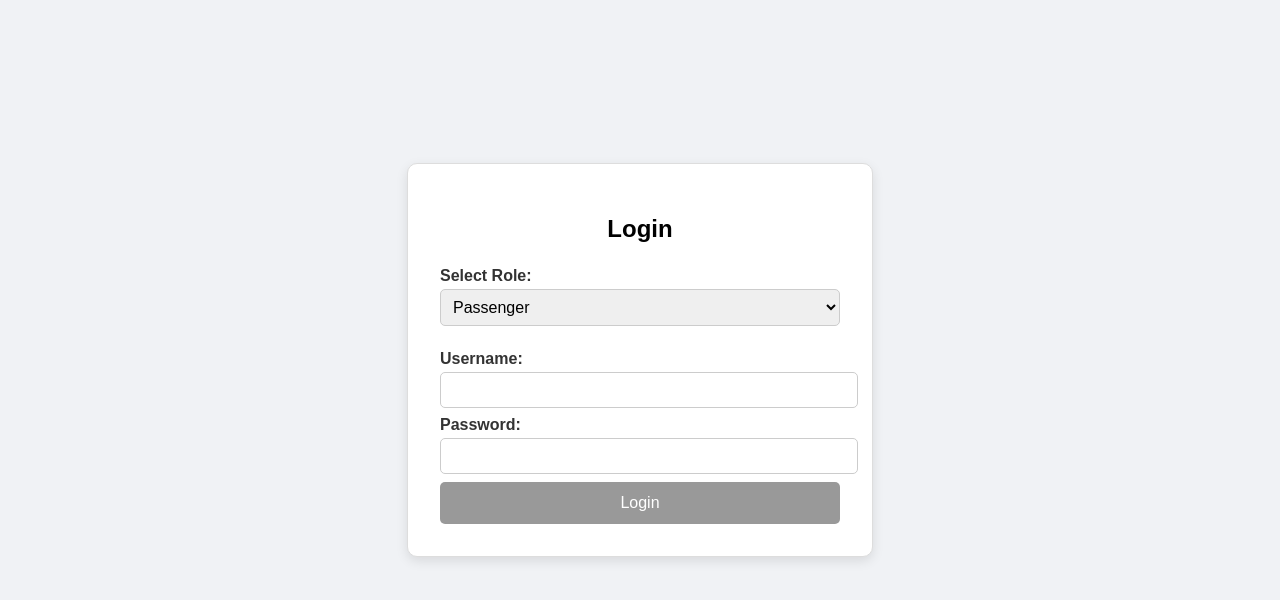
Repository: Shenes35/Booking-system
Page: /passenger (app in frontend/)
These files come from the project's save history. The page is drawn as it stood at one moment and after the next save; the edit follows.
The browser window is 1280 px wide. The pictures show the whole page.
The project was rebuilt for these pictures with package versions that can differ from the ones it lists, and the page was loaded fresh each time. Also part of the build but not shown: frontend/src/components/ErrorBoundary.jsx.

Above is the page before, as saved 2025-05-19 20:03:07.

### frontend/src/index.js
import React from 'react';
import ReactDOM from 'react-dom/client';
import './index.css';
import App from './App.jsx';       // ONLY one import of App
import reportWebVitals from './reportWebVitals';

const root = ReactDOM.createRoot(document.getElementById('root'));
root.render(
  <React.StrictMode>
    <App />
  </React.StrictMode>
);

reportWebVitals();

### frontend/src/App.jsx
// App.jsx
import React, { Suspense } from 'react';
import { BrowserRouter as Router, Routes, Route, Navigate } from 'react-router-dom';

import { AuthProvider, AuthContext } from './context/AuthContext';
import { FlightsProvider } from './context/FlightsContext';

// Lazy load components for code splitting
const LoginPage = React.lazy(() => import('./components/LoginPage'));
const AdminDashboard = React.lazy(() => import('./components/AdminDashboard'));
const PassengerWindow = React.lazy(() => import('./components/PassengerWindow'));
const ErrorBoundary = React.lazy(() => import('./components/ErrorBoundary'));

// ProtectedRoute component for route guarding
const ProtectedRoute = ({ children, allowedRoles }) => {
  const { user } = React.useContext(AuthContext);

  if (!user || !allowedRoles.includes(user.role)) {
    // User not logged in or unauthorized role - redirect to login
    return <Navigate to="/" replace />;
  }

  // Authorized access
  return children;
};

const App = () => {
  return (
    <AuthProvider>
      <FlightsProvider>
        <Router>
          <Suspense fallback={<div>Loading...</div>}>
            <ErrorBoundary>
              <Routes>
                {/* Public Route */}
                <Route path="/" element={<LoginPage />} />

                {/* Protected Admin Route */}
                <Route
                  path="/admin"
                  element={
                    <ProtectedRoute allowedRoles={['admin']}>
                      <AdminDashboard />
                    </ProtectedRoute>
                  }
                />

                {/* Protected Passenger Route */}
                <Route
                  path="/passenger"
                  element={
                    <ProtectedRoute allowedRoles={['passenger']}>
                      <PassengerWindow />
                    </ProtectedRoute>
                  }
                />

                {/* Catch-all redirect */}
                <Route path="*" element={<Navigate to="/" replace />} />
              </Routes>
            </ErrorBoundary>
          </Suspense>
        </Router>
      </FlightsProvider>
    </AuthProvider>
  );
};

export default App;

### frontend/src/context/AuthContext.jsx
// context/AuthContext.jsx
import React, { createContext, useState, useEffect, useMemo } from 'react';

// Create the AuthContext
export const AuthContext = createContext();

export const AuthProvider = ({ children }) => {
  // Initialize user from localStorage or null
  const [user, setUser] = useState(() => {
    try {
      const savedUser = localStorage.getItem('user');
      return savedUser ? JSON.parse(savedUser) : null;
    } catch (error) {
      console.error("Failed to parse user from localStorage:", error);
      return null;
    }
  });

  // Update localStorage whenever user changes (except when user is null, remove item)
  useEffect(() => {
    if (user) {
      localStorage.setItem('user', JSON.stringify(user));
    } else {
      localStorage.removeItem('user');
    }
  }, [user]);

  // Login function sets user info (e.g., role and username)
  const login = (role, username) => {
    setUser({ role, username });
  };

  // Logout clears user info
  const logout = () => {
    setUser(null);
  };

  // Derived state for convenience
  const isAuthenticated = !!user;

  // Memoize the context value to avoid unnecessary re-renders
  const value = useMemo(() => ({
    user,
    isAuthenticated,
    login,
    logout,
  }), [user, isAuthenticated]);

  return (
    <AuthContext.Provider value={value}>
      {children}
    </AuthContext.Provider>
  );
};

### frontend/src/context/FlightsContext.jsx
import React, { createContext, useReducer, useEffect } from "react";

// Initial state loaded from localStorage or empty array if none
const initialState = JSON.parse(localStorage.getItem("flights")) || [];

// Reducer to manage flights state: add, clear, update, delete (example cases)
function flightsReducer(state, action) {
  switch (action.type) {
    case "ADD_FLIGHT":
      return [...state, action.payload];

    case "UPDATE_FLIGHT":
      return state.map(flight =>
        flight.id === action.payload.id ? action.payload : flight
      );

    case "DELETE_FLIGHT":
      return state.filter(flight => flight.id !== action.payload.id);

    case "CLEAR_FLIGHTS":
      return [];

    default:
      return state;
  }
}

// Create FlightsContext
export const FlightsContext = createContext();

// FlightsProvider component to wrap app parts needing flights state
export const FlightsProvider = ({ children }) => {
  const [flights, dispatch] = useReducer(flightsReducer, initialState);

  // Sync flights state to localStorage on every change
  useEffect(() => {
    localStorage.setItem("flights", JSON.stringify(flights));
  }, [flights]);

  return (
    <FlightsContext.Provider value={{ flights, dispatch }}>
      {children}
    </FlightsContext.Provider>
  );
};

### frontend/src/components/LoginPage.jsx
import React, { useState, useContext } from 'react';
import { AuthContext } from '../context/AuthContext';
import { useNavigate } from 'react-router-dom';

const LoginPage = () => {
  const { login } = useContext(AuthContext);
  const [role, setRole] = useState('passenger');
  const [username, setUsername] = useState('');
  const [password, setPassword] = useState('');
  const [errors, setErrors] = useState({});
  const navigate = useNavigate();

  const validate = () => {
    const newErrors = {};
    if (!username.trim()) newErrors.username = 'Username is required';
    if (!password.trim()) newErrors.password = 'Password is required';
    return newErrors;
  };

  const handleSubmit = (e) => {
    e.preventDefault();
    const validationErrors = validate();
    if (Object.keys(validationErrors).length > 0) {
      setErrors(validationErrors);
      return;
    }
    setErrors({});
    login(role, username);
    setPassword('');
    if (role === 'admin') navigate('/admin');
    else navigate('/passenger');
  };

  const pageStyle = {
    minHeight: '100vh',
    backgroundColor: '#f0f2f5', // light background
    display: 'flex',
    justifyContent: 'center',
    alignItems: 'center'
  };

  const containerStyle = {
    width: '100%',
    maxWidth: '400px',
    padding: '2rem',
    border: '1px solid #ddd',
    borderRadius: '10px',
    boxShadow: '0 4px 12px rgba(0, 0, 0, 0.1)',
    backgroundColor: '#fff',
    fontFamily: 'Arial, sans-serif'
  };

  const labelStyle = {
    fontWeight: 'bold',
    marginBottom: '0.25rem',
    display: 'block',
    color: '#333'
  };

  const inputStyle = {
    width: '100%',
    padding: '0.5rem',
    borderRadius: '5px',
    border: '1px solid #ccc',
    marginBottom: '0.5rem',
    fontSize: '1rem'
  };

  const errorStyle = {
    color: 'red',
    fontSize: '0.875rem',
    marginBottom: '0.5rem'
  };

  const buttonStyle = {
    width: '100%',
    padding: '0.75rem',
    backgroundColor: '#007bff',
    color: '#fff',
    border: 'none',
    borderRadius: '5px',
    fontSize: '1rem',
    cursor: 'pointer',
    transition: 'background-color 0.3s ease'
  };

  const disabledButtonStyle = {
    ...buttonStyle,
    backgroundColor: '#999',
    cursor: 'not-allowed'
  };

  return (
    <div style={pageStyle}>
      <main style={containerStyle}>
        <h2 style={{ textAlign: 'center', marginBottom: '1.5rem' }}>Login</h2>
        <form onSubmit={handleSubmit} noValidate>
          <div style={{ marginBottom: '1rem' }}>
            <label htmlFor="role-select" style={labelStyle}>Select Role:</label>
            <select
              id="role-select"
              value={role}
              onChange={e => setRole(e.target.value)}
              style={inputStyle}
              aria-label="Select user role"
            >
              <option value="admin">Admin</option>
              <option value="passenger">Passenger</option>
            </select>
          </div>

          <div>
            <label htmlFor="username" style={labelStyle}>Username:</label>
            <input
              id="username"
              name="username"
              type="text"
              value={username}
              onChange={e => setUsername(e.target.value)}
              autoComplete="username"
              style={inputStyle}
              aria-describedby="username-error"
            />
            {errors.username && <div id="username-error" style={errorStyle}>{errors.username}</div>}
          </div>

          <div>
            <label htmlFor="password" style={labelStyle}>Password:</label>
            <input
              id="password"
              name="password"
              type="password"
              value={password}
              onChange={e => setPassword(e.target.value)}
              autoComplete="current-password"
              style={inputStyle}
              aria-describedby="password-error"
            />
            {errors.password && <div id="password-error" style={errorStyle}>{errors.password}</div>}
          </div>

          <button
            type="submit"
            disabled={!username.trim() || !password.trim()}
            style={!username.trim() || !password.trim() ? disabledButtonStyle : buttonStyle}
          >
            Login
          </button>
        </form>
      </main>
    </div>
  );
};

export default LoginPage;

Loaded but not shown: frontend/public/index.html (common file); frontend/src/index.css (common file); frontend/src/reportWebVitals.js (common file)

After the next save:
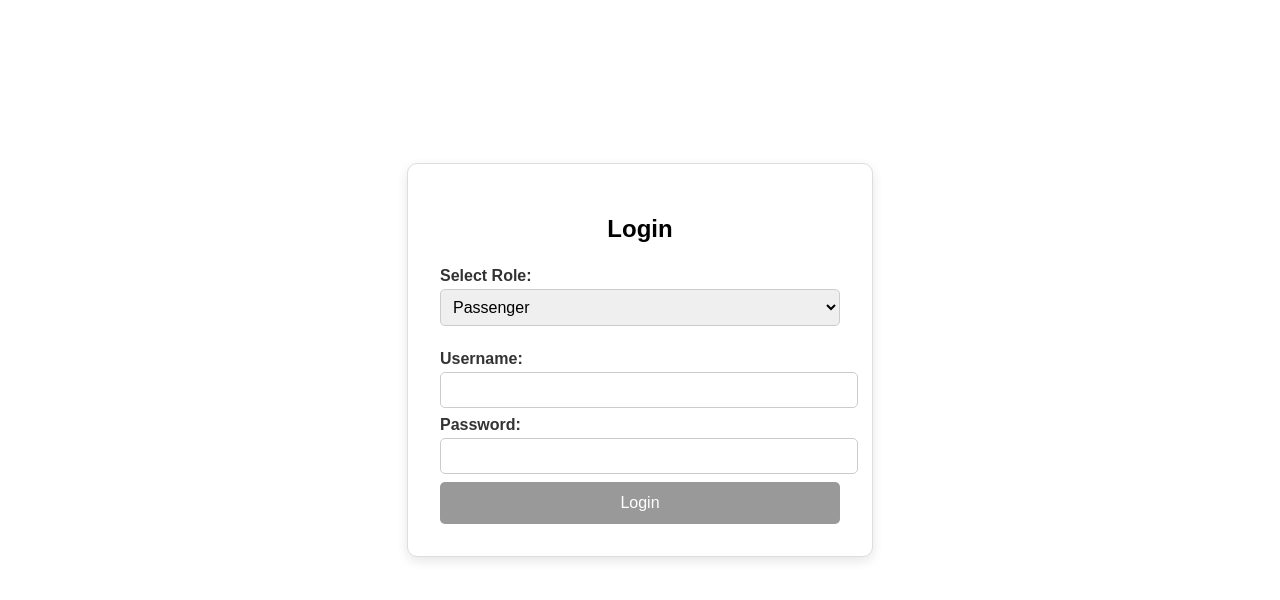
Saved 39 s later.
--- a/frontend/src/components/LoginPage.jsx
+++ b/frontend/src/components/LoginPage.jsx
@@ -33,7 +33,7 @@ const LoginPage = () => {
 
   const pageStyle = {
     minHeight: '100vh',
-    backgroundColor: '#f0f2f5', // light background
+    backgroundColor: '#', // light background
     display: 'flex',
     justifyContent: 'center',
     alignItems: 'center'
